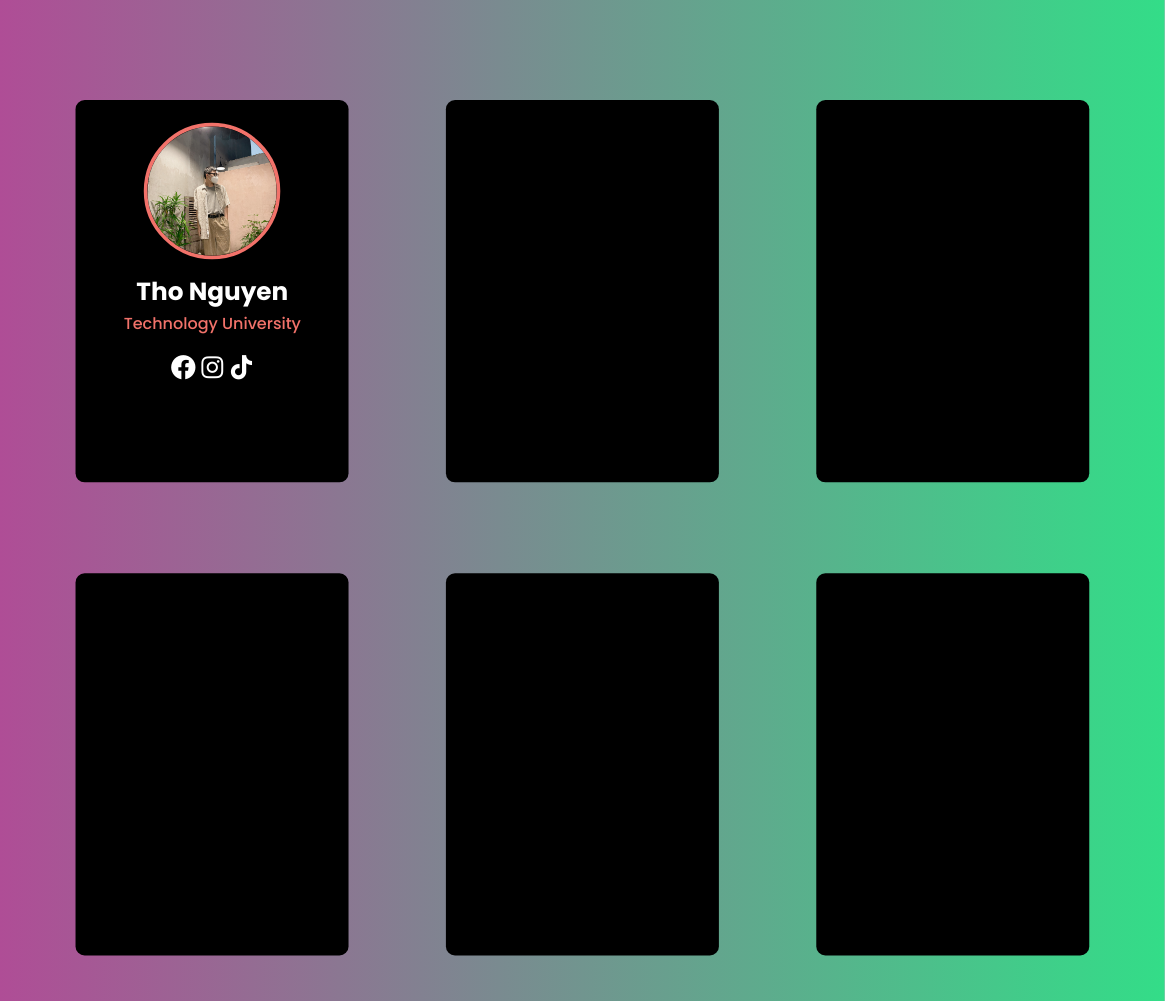
Repository: lausamtuong/profileCard
Page: index.html
These files come from the project's save history. The page is drawn as it stood at one moment and after the next save; the edit follows.
The browser window is 1280 px wide. The pictures show the whole page, at 91% of full size.
The style sheet was rebuilt from its Sass, Less or Tailwind sources for each picture, by a compiler version that may differ from the author's.

Above is the page before, as saved 2021-12-14 15:33:42.

### index.html
<!DOCTYPE html>
<html lang="en">
<head>
    <meta charset="UTF-8">
    <meta http-equiv="X-UA-Compatible" content="IE=edge">
    <meta name="viewport" content="width=device-width, initial-scale=1.0">
    <link rel="stylesheet" href="style.css">
    <link href="https://fonts.googleapis.com/css2?family=Lato:ital,wght@1,700;1,900&family=Poppins:wght@400;500;700&display=swap" rel="stylesheet">
    <link href='https://unpkg.com/boxicons@2.1.1/css/boxicons.min.css' rel='stylesheet'>

    <title>Document</title>
</head>
<body>
    <div class="card__list">
        <div class="card__item">
            <div class="card__image">
                <img src="tho.jpg" alt="">
            </div>
            <div class="card__name">Tho Nguyen</div>
            <div class="card__school">Technology University</div>
            <div class="card__social">
                <i class='bx bxl-facebook-circle'></i>
                <i class='bx bxl-instagram' ></i>
                <i class='bx bxl-tiktok'></i>
            </div>
            <div class="card__btn"></div>
        </div>
        <div class="card__item"></div>
        <div class="card__item"></div>
        <div class="card__item"></div>
        <div class="card__item"></div>
        <div class="card__item"></div>

    </div>
</body>
</html>

### style.scss
*{
    margin: 0;
    padding: 0;
    box-sizing: border-box;
}
html{
    font-family: 'Poppins', sans-serif;
}
:root {
    --pink-color: #f2726a;
  }
body{
    height: 100vh;
    background-image: linear-gradient(to right, #af4d96, #3d8);
}
.card{
    &__list{
        margin: 120px auto;
      display: flex;
      flex-wrap: wrap;
      justify-content: space-around;
      margin: 60px 30px;
    }
    &__item{
        width:300px;
        height:420px;
        background-color: #000;
        margin: 50px 20px;
        border-radius: 10px;
    }
    &__image{
        width: 150px;
        height: 150px;
        overflow: hidden;
        transition: 0.25s;
        margin: 0 auto;
        transform: translateY(25px);
        border-radius: 50%;
        border: 4px solid var(--pink-color);
        cursor: pointer;
        &:hover{
            width: 100%;
            height: 100%;
            border-radius: unset;
            border: unset;
            transform: unset;
             }
        }
      &__name{
          color:#fff;
          font-weight: 700;
          font-size: 1.7rem;
          text-align: center;
          margin-top: 40px;
      }
      &__school{
          font-weight: 500;
          font-size: 1.1rem;
          text-align: center;
          color:var(--pink-color)
      }
      &__social{
          color:#fff;
          font-size: 2rem;
          display:flex;
          justify-content: center;
          margin:20px;
          i{
              margin: 0 2 0px;
          }
      }
    }
img{
        width: 100%;
        height: 100%;
        object-fit: cover;
        object-position: center;
    }

After the next save:
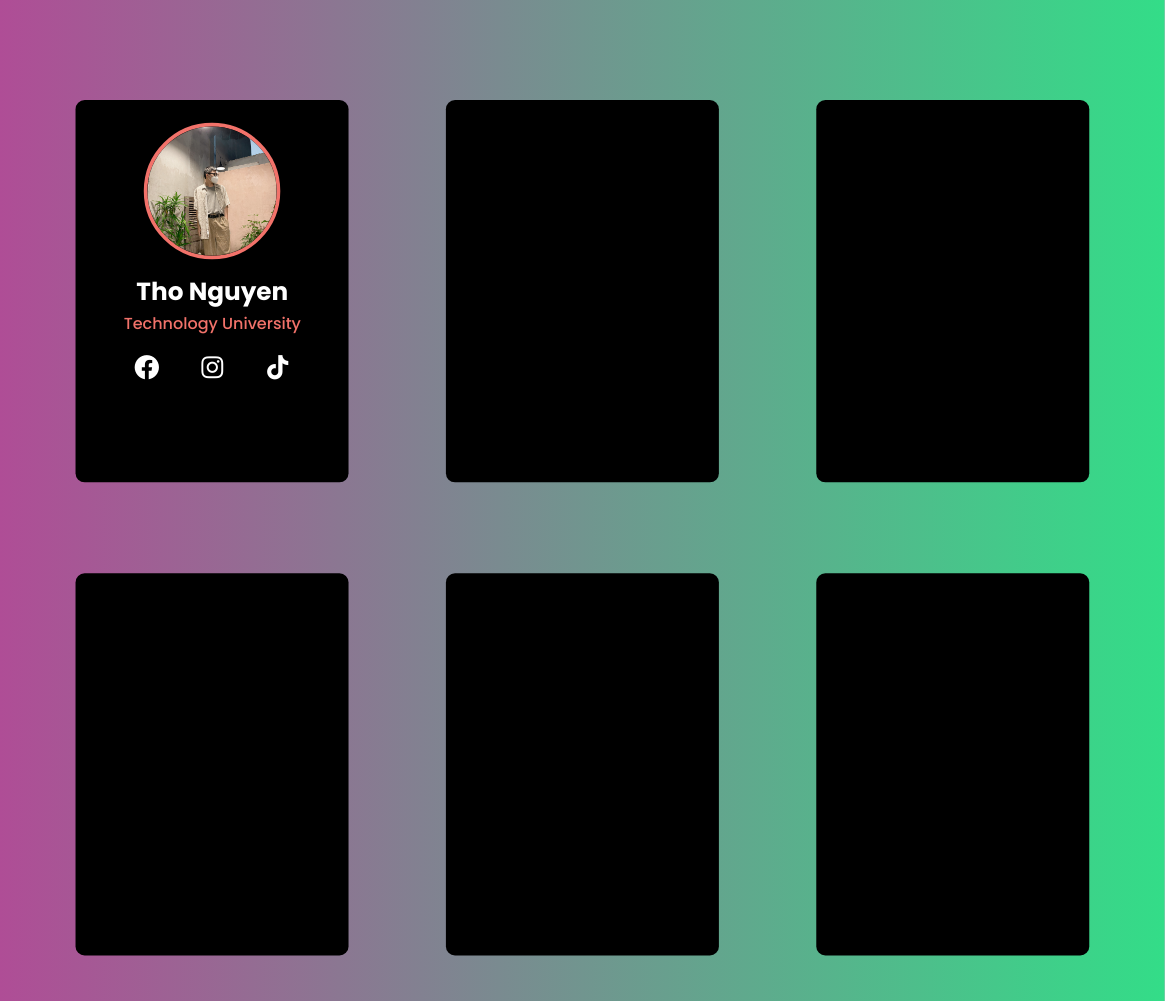
Saved 7 s later.
--- a/style.scss
+++ b/style.scss
@@ -66,7 +66,7 @@ body{
           justify-content: center;
           margin:20px;
           i{
-              margin: 0 2 0px;
+              margin: 0 20px;
           }
       }
     }
